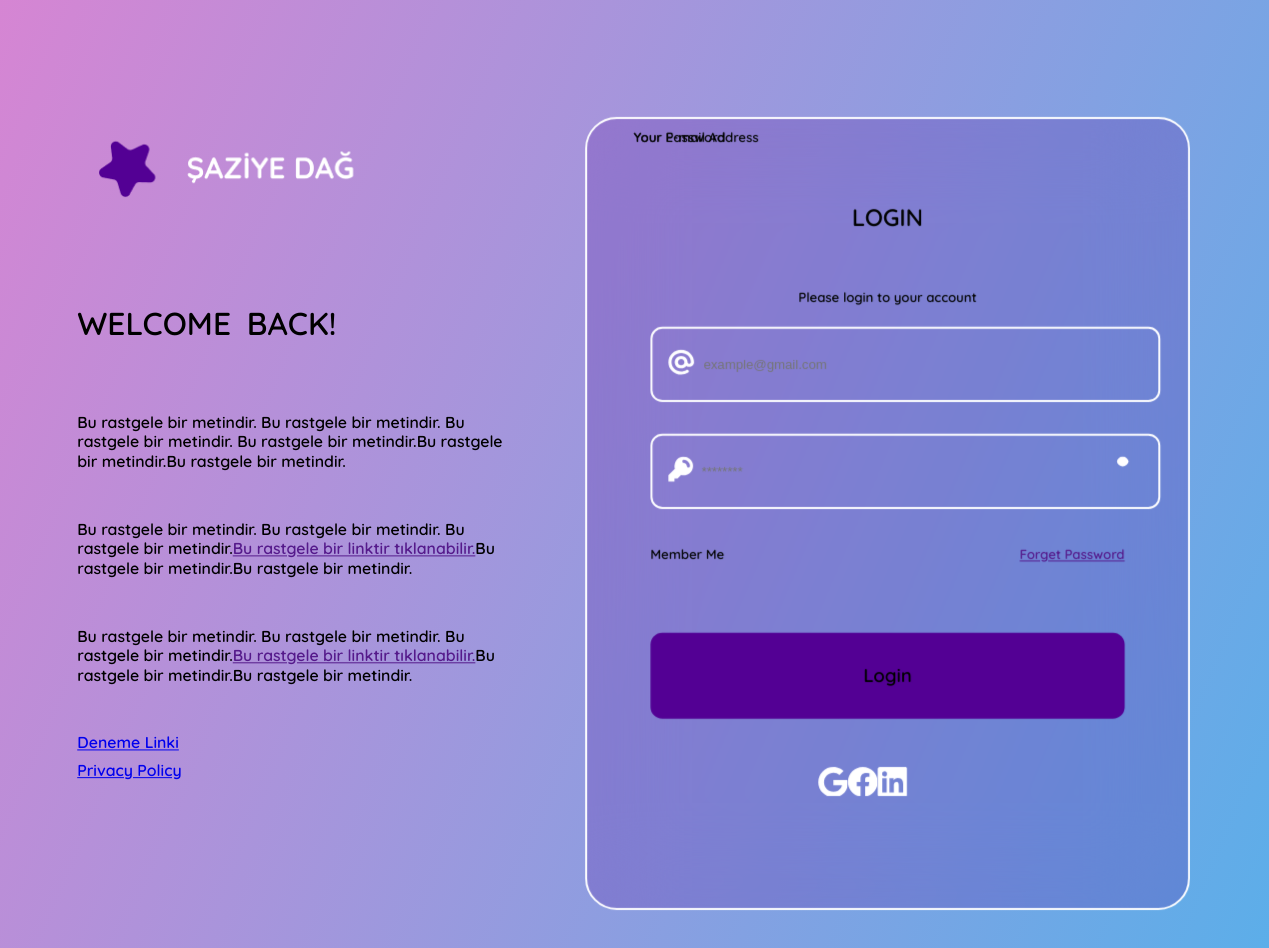
Repository: szydag/login
Page: /
An editor plug-in stored every save of this project. The page is shown before and after a run of saves, followed by the edit.
The browser window is 1280 px wide. The page is 1282 px wide, so the pictures cover 1282 px, including what lies to the right of the window. The pictures show the whole page, at 99% of full size.
The project was rebuilt for these pictures with package versions that can differ from the ones it lists, and the page was loaded fresh each time. Also part of the build but not shown: src/assets/svgr/unhiddenIcon/index.js.

Above is the page before, as saved 2023-10-29 20:52:02.

After the next 2 saves:
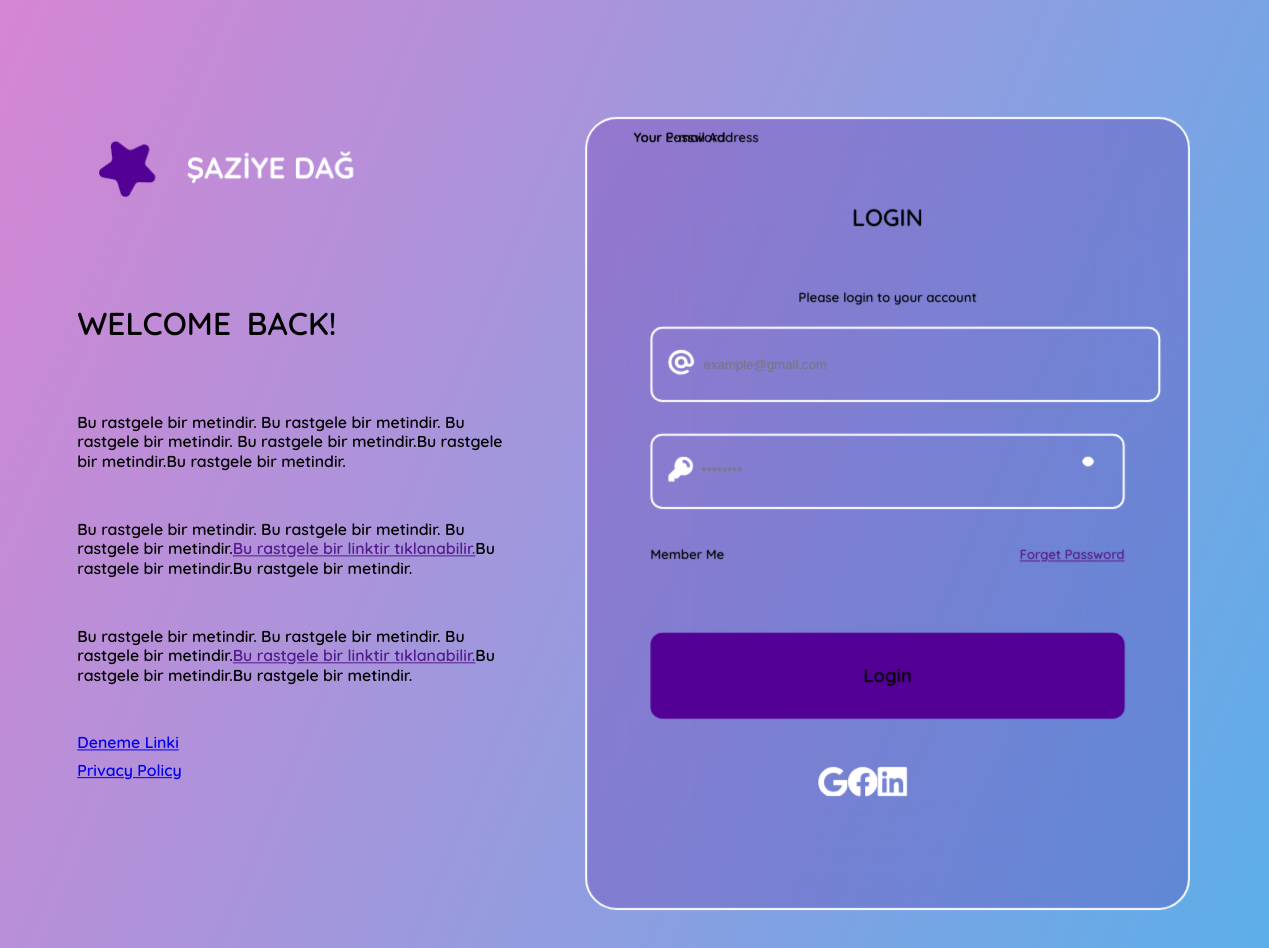
The 2 saves are shown as one change because they came seconds apart.
The last was saved 80 s later.
--- a/src/app/pages/login/style.js
+++ b/src/app/pages/login/style.js
@@ -154,11 +154,11 @@ const useStyles = createUseStyles({
     },
     passwordInput: {
         display: 'flex',
-        width: '100%',
         height: '40px',
         padding: '16px',
         justifyContent: 'space-between',
         alignItems: 'center',
+        alignSelf: 'stretch',
         borderRadius: '12px',
         border: '2px solid #FFF',
     },
